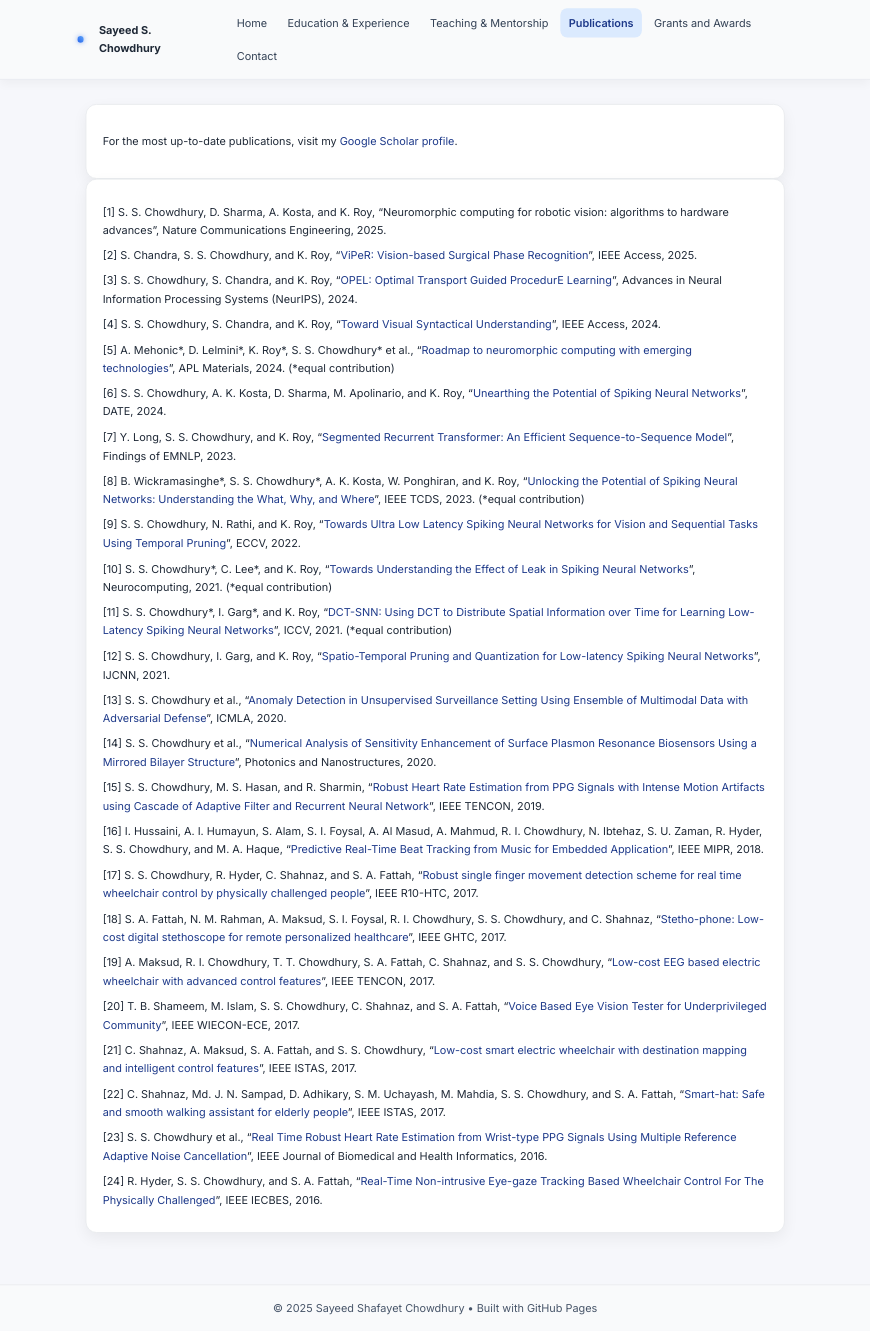
Repository: SayeedChowdhury/SayeedChowdhury.github.io
Page: publications.html
These files come from the project's save history. The page is drawn as it stood at one moment and after the next save; the edit follows.
The browser window is 1280 px wide. The pictures show the whole page, at 68% of full size.

Above is the page before, as saved 2025-08-15 02:39:33.

### publications.html
<!doctype html>
<html lang="en">
<head>
  <meta charset="utf-8">
  <meta name="viewport" content="width=device-width, initial-scale=1">
  <title>Publications • Sayeed S. Chowdhury</title>
  <link rel="preconnect" href="https://fonts.googleapis.com">
  <link rel="preconnect" href="https://fonts.gstatic.com" crossorigin>
  <link href="https://fonts.googleapis.com/css2?family=Inter:wght@400;600;700&display=swap" rel="stylesheet">
  <link rel="stylesheet" href="assets/style.css">
</head>
<body>
<div class="nav">
  <div class="inner container">
    <div class="brand"><span class="dot"></span> <a href="index.html" style="text-decoration:none;color:inherit;">Sayeed S. Chowdhury</a></div>
    <div style="margin-left:auto; display:flex; gap:6px; flex-wrap:wrap">
      <a href="index.html" class="">Home</a>
      <a href="edu-exp.html" class="">Education & Experience</a>
      <a href="teaching.html" class="">Teaching & Mentorship</a>
      <a href="publications.html" class="active">Publications</a>
      <a href="awards.html" class="">Grants and Awards</a>
      <a href="contact.html" class="">Contact</a>
    </div>
  </div>
</div>
<div class="container">

<section class="section">
  <div class="card">
    <p>For the most up-to-date publications, visit my
      <a href="https://scholar.google.com/citations?hl=en&user=646ndV4AAAAJ&view_op=list_works&sortby=pubdate" target="_blank" rel="noopener">Google Scholar profile</a>.
    </p>
  </div>
  <div class="card">
    <ol class="list" style="list-style:none; padding-left:0">
      <li>[1] S. S. Chowdhury, D. Sharma, A. Kosta, and K. Roy, “Neuromorphic computing for robotic vision: algorithms to hardware advances”, Nature Communications Engineering, 2025.</li>
      <li>[2] S. Chandra, S. S. Chowdhury, and K. Roy, “<a href="https://scholar.google.com/scholar?q=ViPeR:+Vision-based+Surgical+Phase+Recognition" target="_blank" rel="noopener">ViPeR: Vision-based Surgical Phase Recognition</a>”, IEEE Access, 2025.</li>
      <li>[3] S. S. Chowdhury, S. Chandra, and K. Roy, “<a href="https://scholar.google.com/scholar?q=OPEL:+Optimal+Transport+Guided+ProcedurE+Learning" target="_blank" rel="noopener">OPEL: Optimal Transport Guided ProcedurE Learning</a>”, Advances in Neural Information Processing Systems (NeurIPS), 2024.</li>
      <li>[4] S. S. Chowdhury, S. Chandra, and K. Roy, “<a href="https://scholar.google.com/scholar?q=Towards+Syntactical+Understanding+of+Images" target="_blank" rel="noopener">Toward Visual Syntactical Understanding</a>”, IEEE Access, 2024.</li>
      <li>[5] A. Mehonic*, D. Lelmini*, K. Roy*, S. S. Chowdhury* et al., “<a href="https://pubs.aip.org/aip/apm/article/12/10/109201/3317314" target="_blank" rel="noopener">Roadmap to neuromorphic computing with emerging technologies</a>”, APL Materials, 2024. (*equal contribution)</li>
      <li>[6] S. S. Chowdhury, A. K. Kosta, D. Sharma, M. Apolinario, and K. Roy, “<a href="https://scholar.google.com/scholar?q=Unearthing+the+Potential+of+Spiking+Neural+Networks" target="_blank" rel="noopener">Unearthing the Potential of Spiking Neural Networks</a>”, DATE, 2024.</li>
      <li>[7] Y. Long, S. S. Chowdhury, and K. Roy, “<a href="https://scholar.google.com/scholar?q=Segmented+Recurrent+Transformer:+An+Efficient+Sequence-to-Sequence+Model" target="_blank" rel="noopener">Segmented Recurrent Transformer: An Efficient Sequence-to-Sequence Model</a>”, Findings of EMNLP, 2023.</li>
      <li>[8] B. Wickramasinghe*, S. S. Chowdhury*, A. K. Kosta, W. Ponghiran, and K. Roy, “<a href="https://scholar.google.com/scholar?q=Unlocking+the+Potential+of+Spiking+Neural+Networks:+Understanding+the+What,+Why,+and+Where" target="_blank" rel="noopener">Unlocking the Potential of Spiking Neural Networks: Understanding the What, Why, and Where</a>”, IEEE TCDS, 2023. (*equal contribution)</li>
      <li>[9] S. S. Chowdhury, N. Rathi, and K. Roy, “<a href="https://scholar.google.com/scholar?q=Towards+Ultra+Low+Latency+Spiking+Neural+Networks+for+Vision+and+Sequential+Tasks+Using+Temporal+Pruning" target="_blank" rel="noopener">Towards Ultra Low Latency Spiking Neural Networks for Vision and Sequential Tasks Using Temporal Pruning</a>”, ECCV, 2022.</li>
      <li>[10] S. S. Chowdhury*, C. Lee*, and K. Roy, “<a href="https://scholar.google.com/scholar?q=Towards+Understanding+the+Effect+of+Leak+in+Spiking+Neural+Networks" target="_blank" rel="noopener">Towards Understanding the Effect of Leak in Spiking Neural Networks</a>”, Neurocomputing, 2021. (*equal contribution)</li>
      <li>[11] S. S. Chowdhury*, I. Garg*, and K. Roy, “<a href="https://scholar.google.com/scholar?q=DCT-SNN:+Using+DCT+to+Distribute+Spatial+Information+over+Time+for+Learning+Low-Latency+Spiking+Neural+Networks" target="_blank" rel="noopener">DCT-SNN: Using DCT to Distribute Spatial Information over Time for Learning Low-Latency Spiking Neural Networks</a>”, ICCV, 2021. (*equal contribution)</li>
      <li>[12] S. S. Chowdhury, I. Garg, and K. Roy, “<a href="https://scholar.google.com/scholar?q=Spatio-Temporal+Pruning+and+Quantization+for+Low-latency+Spiking+Neural+Networks" target="_blank" rel="noopener">Spatio-Temporal Pruning and Quantization for Low-latency Spiking Neural Networks</a>”, IJCNN, 2021.</li>
      <li>[13] S. S. Chowdhury et al., “<a href="https://scholar.google.com/scholar?q=Anomaly+Detection+in+Unsupervised+Surveillance+Setting+Using+Ensemble+of+Multimodal+Data+with+Adversarial+Defense" target="_blank" rel="noopener">Anomaly Detection in Unsupervised Surveillance Setting Using Ensemble of Multimodal Data with Adversarial Defense</a>”, ICMLA, 2020.</li>
      <li>[14] S. S. Chowdhury et al., “<a href="https://scholar.google.com/scholar?q=Numerical+Analysis+of+Sensitivity+Enhancement+of+Surface+Plasmon+Resonance+Biosensors+Using+a+Mirrored+Bilayer+Structure" target="_blank" rel="noopener">Numerical Analysis of Sensitivity Enhancement of Surface Plasmon Resonance Biosensors Using a Mirrored Bilayer Structure</a>”, Photonics and Nanostructures, 2020.</li>
      <li>[15] S. S. Chowdhury, M. S. Hasan, and R. Sharmin, “<a href="https://scholar.google.com/scholar?q=Robust+Heart+Rate+Estimation+from+PPG+Signals+with+Intense+Motion+Artifacts+using+Cascade+of+Adaptive+Filter+and+Recurrent+Neural+Network" target="_blank" rel="noopener">Robust Heart Rate Estimation from PPG Signals with Intense Motion Artifacts using Cascade of Adaptive Filter and Recurrent Neural Network</a>”, IEEE TENCON, 2019.</li>
      <li>[16] I. Hussaini, A. I. Humayun, S. Alam, S. I. Foysal, A. Al Masud, A. Mahmud, R. I. Chowdhury, N. Ibtehaz, S. U. Zaman, R. Hyder, S. S. Chowdhury, and M. A. Haque, “<a href="https://scholar.google.com/scholar?q=Predictive+Real-Time+Beat+Tracking+from+Music+for+Embedded+Application" target="_blank" rel="noopener">Predictive Real-Time Beat Tracking from Music for Embedded Application</a>”, IEEE MIPR, 2018.</li>
      <li>[17] S. S. Chowdhury, R. Hyder, C. Shahnaz, and S. A. Fattah, “<a href="https://scholar.google.com/scholar?q=Robust+single+finger+movement+detection+scheme+for+real+time+wheelchair+control+by+physically+challenged+people" target="_blank" rel="noopener">Robust single finger movement detection scheme for real time wheelchair control by physically challenged people</a>”, IEEE R10-HTC, 2017.</li>
      <li>[18] S. A. Fattah, N. M. Rahman, A. Maksud, S. I. Foysal, R. I. Chowdhury, S. S. Chowdhury, and C. Shahnaz, “<a href="https://scholar.google.com/scholar?q=Stetho-phone:+Low-cost+digital+stethoscope+for+remote+personalized+healthcare" target="_blank" rel="noopener">Stetho-phone: Low-cost digital stethoscope for remote personalized healthcare</a>”, IEEE GHTC, 2017.</li>
      <li>[19] A. Maksud, R. I. Chowdhury, T. T. Chowdhury, S. A. Fattah, C. Shahnaz, and S. S. Chowdhury, “<a href="https://scholar.google.com/scholar?q=Low-cost+EEG+based+electric+wheelchair+with+advanced+control+features" target="_blank" rel="noopener">Low-cost EEG based electric wheelchair with advanced control features</a>”, IEEE TENCON, 2017.</li>
      <li>[20] T. B. Shameem, M. Islam, S. S. Chowdhury, C. Shahnaz, and S. A. Fattah, “<a href="https://scholar.google.com/scholar?q=Voice+Based+Eye+Vision+Tester+for+Underprivileged+Community" target="_blank" rel="noopener">Voice Based Eye Vision Tester for Underprivileged Community</a>”, IEEE WIECON-ECE, 2017.</li>
      <li>[21] C. Shahnaz, A. Maksud, S. A. Fattah, and S. S. Chowdhury, “<a href="https://scholar.google.com/scholar?q=Low-cost+smart+electric+wheelchair+with+destination+mapping+and+intelligent+control+features" target="_blank" rel="noopener">Low-cost smart electric wheelchair with destination mapping and intelligent control features</a>”, IEEE ISTAS, 2017.</li>
      <li>[22] C. Shahnaz, Md. J. N. Sampad, D. Adhikary, S. M. Uchayash, M. Mahdia, S. S. Chowdhury, and S. A. Fattah, “<a href="https://scholar.google.com/scholar?q=Smart-hat:+Safe+and+smooth+walking+assistant+for+elderly+people" target="_blank" rel="noopener">Smart-hat: Safe and smooth walking assistant for elderly people</a>”, IEEE ISTAS, 2017.</li>
      <li>[23] S. S. Chowdhury et al., “<a href="https://scholar.google.com/scholar?q=Real+Time+Robust+Heart+Rate+Estimation+from+Wrist-type+PPG+Signals+Using+Multiple+Reference+Adaptive+Noise+Cancellation" target="_blank" rel="noopener">Real Time Robust Heart Rate Estimation from Wrist-type PPG Signals Using Multiple Reference Adaptive Noise Cancellation</a>”, IEEE Journal of Biomedical and Health Informatics, 2016.</li>
      <li>[24] R. Hyder, S. S. Chowdhury, and S. A. Fattah, “<a href="https://scholar.google.com/scholar?q=Real-Time+Non-intrusive+Eye-gaze+Tracking+Based+Wheelchair+Control+For+The+Physically+Challenged" target="_blank" rel="noopener">Real-Time Non-intrusive Eye-gaze Tracking Based Wheelchair Control For The Physically Challenged</a>”, IEEE IECBES, 2016.</li>
    </ol>
  </div>
</section>

</div>
<div class="footer">© 2025 Sayeed Shafayet Chowdhury • Built with GitHub Pages</div>
</body>
</html>

### assets/style.css
/* ================================
   Sayeed S. Chowdhury — style.css
   Mild light theme (no top halo)
   ================================ */

   :root{
    --bg:#f6f7fb;          /* mild light (not white) */
    --panel:#ffffff;       /* card surface */
    --panel-2:#f1f5fb;     /* subtle secondary surface */
    --ink:#1f2937;         /* main text (slate-800) */
    --muted:#475569;       /* secondary text (slate-600) */
    --navy:#1e3a8a;        /* accent for nav/links (blue-900) */
    --gold:#b58500;        /* optional accent */
    --border:#e5e7eb;      /* card/nav borders */
    --shadow:0 8px 22px rgba(0,0,0,.06);
    --radius:16px;
  }

  /* Base */
  *{ box-sizing:border-box }
  html,body{ height:100% }
  body{
    margin:0;
    color:var(--ink);
    background:var(--bg); /* removed radial gradients/halo */
    font:16px/1.7 "Inter", system-ui, -apple-system, Segoe UI, Roboto, Helvetica, Arial;
    -webkit-font-smoothing:antialiased;
    text-rendering:optimizeLegibility;
  }

  .container{ max-width:1100px; margin:0 auto; padding:24px }

  /* Top Nav */
  .nav{
    position:sticky; top:0; z-index:10;
    background:#f9fafb;                      /* solid so it’s visible */
    backdrop-filter:saturate(140%) blur(6px);
    border-bottom:1px solid var(--border);
    box-shadow:0 6px 14px rgba(0,0,0,.04);
  }
  .nav .inner{ display:flex; align-items:center; gap:16px; padding:12px 24px; }
  .nav .brand{ display:flex; align-items:center; gap:10px; font-weight:700; color:var(--ink) }
  .nav .brand .dot{ width:10px; height:10px; border-radius:50%; background:linear-gradient(45deg,#2563eb,#60a5fa); box-shadow:0 0 8px rgba(37,99,235,.5) }
  .nav a{
    color:#334155;                            /* slate-700: readable */
    text-decoration:none;
    padding:8px 12px;
    border-radius:10px;
  }
  .nav a:hover{
    color:var(--navy);
    background:#e6edf7;                       /* gentle hover pill */
  }
  .nav a.active{
    color:var(--navy);
    background:#dbeafe;                       /* visible active pill */
    font-weight:600;
  }
  .nav a:focus-visible{ outline:2px solid #93c5fd; outline-offset:2px }

  /* Hero & Layout */
  .hero{
    display:grid; grid-template-columns:1.1fr .9fr; gap:28px; align-items:stretch;
    padding:48px 24px 12px;
  }
  .row{ display:flex; gap:18px; flex-wrap:wrap; align-items:center }

  /* Cards */
  .card{
    background:var(--panel);
    border:1px solid var(--border);
    border-radius:var(--radius);
    box-shadow:var(--shadow);
    padding:24px;
  }
  .cards{ display:grid; grid-template-columns:repeat(12,1fr); gap:20px; margin-top:18px }
  .card.grid-12{ grid-column:span 12 }
  .card.grid-6{ grid-column:span 6 }
  .card.grid-4{ grid-column:span 4 }

  /* Typography */
  h1{ font-size:32px; margin:0 0 6px }         /* smaller homepage name */
  h2{ font-size:24px; margin:16px 0 10px; color:#1f2a44 }
  h3{ font-size:18px; margin:0 0 6px }
  .lead{ color:var(--muted); font-size:16px }
  .kicker{ color:var(--gold); font-weight:700; letter-spacing:.4px; text-transform:uppercase; font-size:12px }
  .page-title{ margin:8px 0 16px }
  .page-title h1{ font-size:46px; letter-spacing:.4px; margin:0; color:#1f2a44 }

  /* Lists */
  .list{ padding-left:20px; margin:0 }
  .list li{ margin:10px 0 }

  /* Headshot */
  .headshot{
    width:160px; height:160px; border-radius:50%; object-fit:cover;
    border:3px solid #eef2ff; box-shadow:0 4px 14px rgba(0,0,0,.06)
  }

  /* Badges & Pills */
  .badges{ display:flex; flex-wrap:wrap; gap:10px; margin-top:14px }
  .badge{
    background:#f1f5fb; border:1px solid #dbe4f2; color:#2b4a6a;
    padding:6px 10px; border-radius:999px; font-size:13px
  }
  .pill{
    display:inline-block; padding:5px 10px; border:1px solid var(--border);
    border-radius:999px; font-size:12px; color:var(--muted); margin-right:8px
  }

  /* Buttons */
  .cta{ display:flex; gap:12px; flex-wrap:wrap; margin-top:12px }
  .button{
    display:inline-flex; align-items:center; gap:10px;
    padding:12px 16px; border-radius:12px;
    border:1px solid #c7d2fe; background:#eef2ff; color:#1f2937;
    text-decoration:none; font-weight:600;
  }
  .button:hover{ background:#e0e7ff }
  .button.secondary{ background:#ffffff; border:1px solid #e4e8ef }

  /* Links (site-wide) */
  a{ color:#1e3a8a; text-decoration:none }
  a:hover{ color:#0f2a6e; text-decoration:underline }
  a:visited{ color:#1e3a8a } /* avoid purple on visited */

  /* Sections */
  .section{ padding:12px }
  .section .title{ display:flex; align-items:center; justify-content:space-between }

  /* Footer (visible on light) */
  .footer{
    background:#f9fafb;
    color:#475569;
    border-top:1px solid var(--border);
    text-align:center;
    padding:20px;
    margin-top:40px;
  }

  /* Forms (if any) */
  input, textarea, select{
    background:#fff; color:var(--ink); border:1px solid var(--border);
    border-radius:10px; padding:10px 12px
  }
  input:focus, textarea:focus, select:focus{
    outline:2px solid #93c5fd; outline-offset:2px
  }

  /* Responsive */
  @media (max-width: 900px){
    .hero{ grid-template-columns:1fr }
    .card.grid-6, .card.grid-4{ grid-column:span 12 }
  }

  /* Print */
  @media print{
    .nav, .footer, .cta{ display:none }
    body{ background:#ffffff; color:#111 }
    .card{ box-shadow:none; border-color:#ddd }
  }

After the next save:
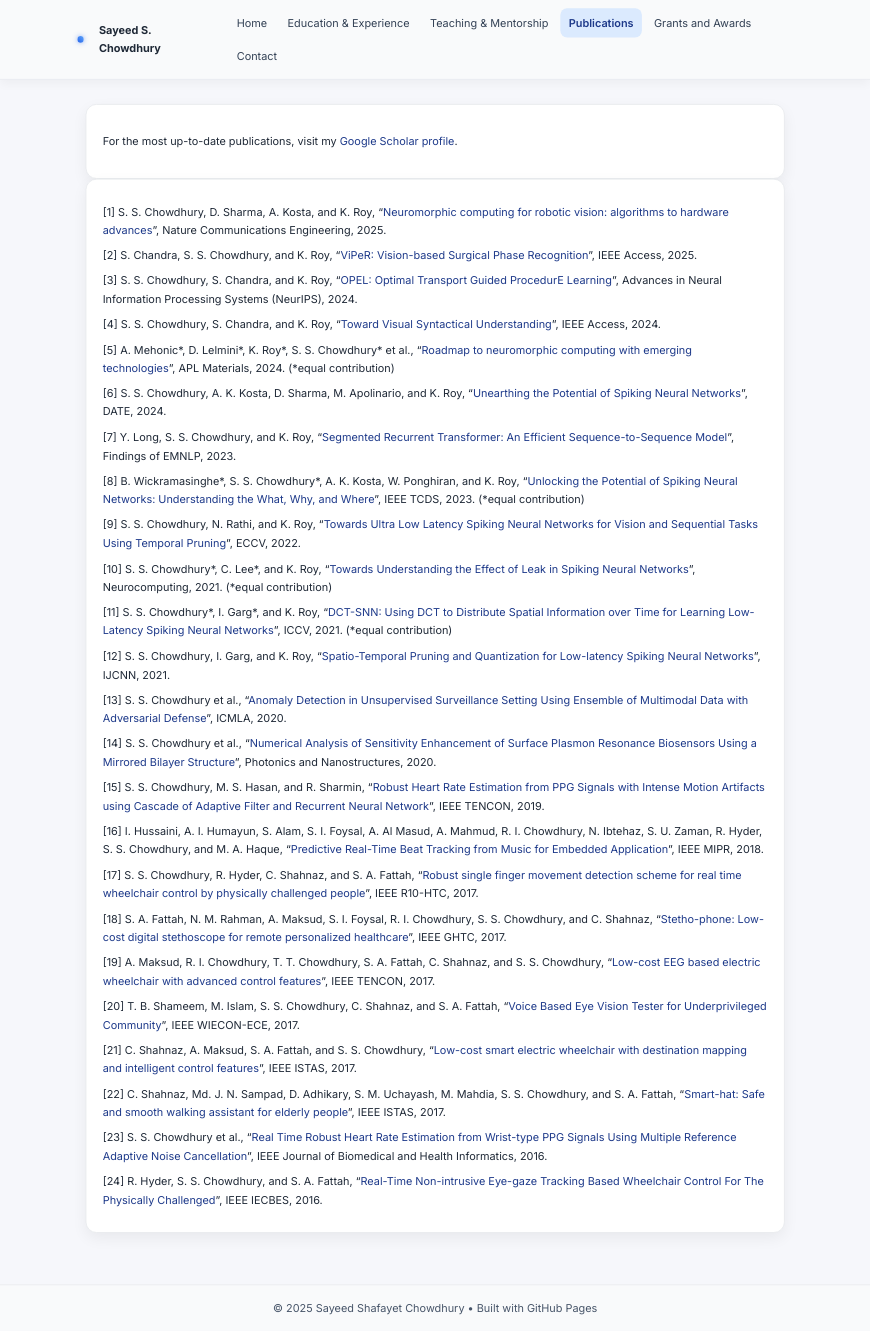
Saved 2 days later.
--- a/publications.html
+++ b/publications.html
@@ -33,7 +33,7 @@
   </div>
   <div class="card">
     <ol class="list" style="list-style:none; padding-left:0">
-      <li>[1] S. S. Chowdhury, D. Sharma, A. Kosta, and K. Roy, “Neuromorphic computing for robotic vision: algorithms to hardware advances”, Nature Communications Engineering, 2025.</li>
+      <li>[1] S. S. Chowdhury, D. Sharma, A. Kosta, and K. Roy, “<a href="https://www.nature.com/articles/s44172-025-00492-5" target="_blank" rel="noopener">Neuromorphic computing for robotic vision: algorithms to hardware advances</a>”, Nature Communications Engineering, 2025.</li>
       <li>[2] S. Chandra, S. S. Chowdhury, and K. Roy, “<a href="https://scholar.google.com/scholar?q=ViPeR:+Vision-based+Surgical+Phase+Recognition" target="_blank" rel="noopener">ViPeR: Vision-based Surgical Phase Recognition</a>”, IEEE Access, 2025.</li>
       <li>[3] S. S. Chowdhury, S. Chandra, and K. Roy, “<a href="https://scholar.google.com/scholar?q=OPEL:+Optimal+Transport+Guided+ProcedurE+Learning" target="_blank" rel="noopener">OPEL: Optimal Transport Guided ProcedurE Learning</a>”, Advances in Neural Information Processing Systems (NeurIPS), 2024.</li>
       <li>[4] S. S. Chowdhury, S. Chandra, and K. Roy, “<a href="https://scholar.google.com/scholar?q=Towards+Syntactical+Understanding+of+Images" target="_blank" rel="noopener">Toward Visual Syntactical Understanding</a>”, IEEE Access, 2024.</li>
